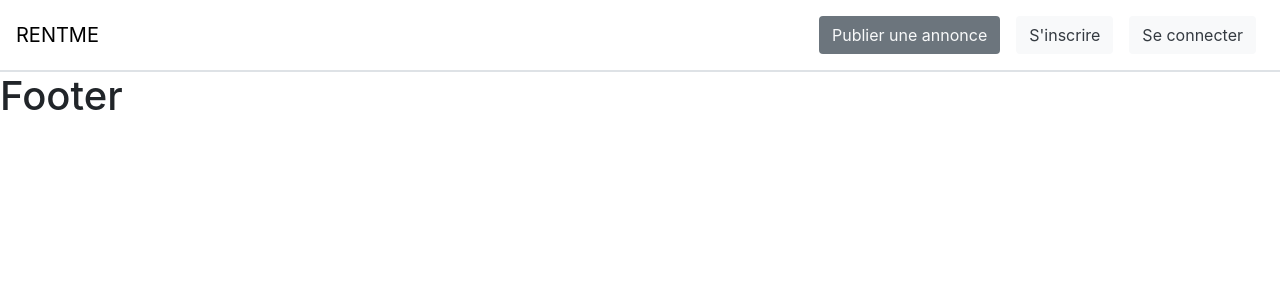
Repository: johan1412/rentme-front
Page: /
These files come from the project's save history. The page is drawn as it stood at one moment and after the next save; the edit follows.
The browser window is 1280 px wide. The pictures show the whole page.
The page's requests for data from a server got no answer. The project was rebuilt for these pictures with package versions that can differ from the ones it lists, and the page was loaded fresh each time. No one was signed in, and anything a server would have sent is missing. Also part of the build but not shown: vue.config.js.

Above is the page before, as saved 2022-01-05 03:09:43.

### src/main.js
import Vue from "vue";
import App from "./App.vue";
import VueRouter from 'vue-router'
import LoginPage from './components/pages/common/auth/LoginPage.vue'
import RegisterPage from './components/pages/common/auth/RegisterPage.vue'
import BaseLayout from './components/layout/BaseLayout'
import { BootstrapVue, IconsPlugin } from 'bootstrap-vue'

// Import Bootstrap an BootstrapVue CSS files (order is important)
import 'bootstrap/dist/css/bootstrap.css'
import 'bootstrap-vue/dist/bootstrap-vue.css'

// Make BootstrapVue available throughout your project
Vue.use(BootstrapVue)
// Optionally install the BootstrapVue icon components plugin
Vue.use(IconsPlugin)

Vue.config.productionTip = false;

Vue.use(VueRouter)


const routes = [
  { path: '/', component: BaseLayout },
  { path: '/login', component: LoginPage },
  { path: '/register', component: RegisterPage },
]

const router = new VueRouter({
  routes,
  history: true,
  mode: 'history'
})


new Vue({
  render: (h) => h(App),
  router
}).$mount("#app");

### src/App.vue
<template>
    <router-view />
</template>
<script>


export default {
  name: "App"
};
</script>

### src/components/layout/BaseLayout.vue
<template>
  <div>
    <NavBar/>
    <slot></slot>
    <Footer />
  </div>
</template>
<script>
import NavBar from "../layout/NavBar.vue";
import Footer from "../layout/Footer.vue";
import AuthService from "../../services/AuthService";
export default {
  name: "BaseLayout",
  components: {
    NavBar,
    Footer
  },
  created() {
    AuthService.getUser(localStorage.getItem('userId'))
        .then((response) => {
          this.$store.dispatch('user',response.data)
          console.log(response.data);
        })
        .catch((e) => {
          console.log(e);
        });
  },
};
</script>

### src/components/layout/NavBar.vue
<template>
<div class="border-bottom">
  <b-navbar toggleable="lg" type="light" variant="white">
    <b-navbar-brand class="fw-bold"><router-link class="home-link" to="/">RENTME</router-link></b-navbar-brand>
    <b-collapse id="nav-collapse" is-nav>
      <b-navbar-nav v-if="!user" class="ml-auto">
        <b-nav-item><router-link class="btn bg-secondary text-light" to="login">Publier une annonce</router-link></b-nav-item>
        <b-nav-item><router-link class="btn bg-light text-dark" to="register">S'inscrire</router-link></b-nav-item>
        <b-nav-item><router-link class="btn bg-light text-dark" to="login">Se connecter</router-link></b-nav-item>
      </b-navbar-nav>
      <b-navbar-nav v-else class="ml-auto">
        <b-nav-item><router-link class="btn bg-secondary text-light" to="login">Publier une annonce</router-link></b-nav-item>
        <b-nav-item><router-link class="btn bg-secondary text-light" to="login">Mon compte</router-link></b-nav-item>
        <b-nav-item v-on:click="logout"><router-link class="btn bg-light text-dark" to="/">se déconnecter</router-link></b-nav-item>
      </b-navbar-nav>
    </b-collapse>
  </b-navbar>
</div>
</template>
<script>
import {mapGetters} from 'vuex'
export default {
  name: "NavBar",
};
</script>
<style scoped>
.home-link:hover{
  text-decoration: none;
}
.home-link{
  color :black;
}
</style>

### src/components/layout/Footer.vue
<template>
  <footer class="border-top">
    <h1>Footer</h1>
  </footer>
</template>
<script>
export default {
  name: "Footer",
};
</script>

### src/services/AuthService.js
import axios from "axios";

axios.defaults.baseURL =  "https://localhost:8443/"
const headers = {
  "Content-type": "application/json"
 }

const login = async data => {
  return await axios.post("authentication_token", data , {headers});
};

const register = async data => {
  return await axios.post("users", data , {headers});
};

const getUser = async (id) => {
  return await axios.get(`users/${id}`, headers);
};
export default {
  register,
  login,
  getUser
};

### src/components/pages/common/auth/LoginPage.vue
<template>
  <div>
    <h1 class="text-center">Login</h1>
    <LoginForm />
  </div>
</template>
<script>
import LoginForm from "../../../form/LoginForm.vue";

export default {
  components: { LoginForm },
  name: "LoginPage",
};
</script>

### src/components/pages/common/auth/RegisterPage.vue
<template>
  <div>
    <h1 class="text-center">Register</h1>
    <RegisterForm />
  </div>
</template>

<script>
import RegisterForm from '../../../form/RegisterForm.vue';
export default {
  components: { RegisterForm },
  name: "RegisterPage",
};
</script>

### src/components/form/LoginForm.vue
<template>
    <div class="container m-auto">
      <form @submit.prevent="handleSubmit">
        <div class="form-group">
          <label for="exampleInputEmail1">Email address</label>
          <input
            type="email"
            v-model="email"
            class="form-control"
            id="exampleInputEmail1"
            aria-describedby="emailHelp"
            placeholder="Enter email"
          />
          <small id="emailHelp" class="form-text text-muted"
            >We'll never share your email with anyone else.</small
          >
        </div>
        <div class="form-group">
          <label for="exampleInputPassword1">Password</label>
          <input
            type="password"
            v-model="password"
            class="form-control"
            id="exampleInputPassword1"
            placeholder="Password"
          />
        </div>
        <button type="submit" class="btn btn-primary">Submit</button>
      </form>
    </div>
</template>

<script>
import AuthService from "../../services/AuthService";
export default {
  name: "LoginForm",
  data: () => ({
    email: "",
    password: "",
  }),
  mounted: () => {
    if(localStorage.getItem("token") !== null){
      this.$router.push('/')
    }
  },
  methods: {
    handleSubmit: function () {
      AuthService.login({ email: this.email, password: this.password })
        .then((response) => {
          localStorage.setItem("token",response.data.token)
          localStorage.setItem("userId",response.data.data.id)
          this.$store.dispatch('user',response.data.data)
          this.$router.push(this.$route.query.redirect || '/')
          console.log(response.data);
        })
        .catch((e) => {
          console.log(e);
        });
    },
  },
};
</script>

### src/components/form/RegisterForm.vue
<template>
  <div class="container m-auto">
      <form @submit.prevent="handleSubmit">
        <div class="form-group">
          <label for="firstName">Nom</label>
          <input
            type="text"
            v-model="firstName"
            class="form-control"
            id="firstName"
            aria-describedby="emailHelp"
            placeholder="Saisez votre nom"
          />
        </div>
        <div class="form-group">
          <label for="lastName">Prenom</label>
          <input
            type="text"
            v-model="lastName"
            class="form-control"
            id="lastName"
            placeholder="Saisez votre prénom"
          />
        </div>
        <div class="form-group">
          <label for="lastName">Addresse</label>
          <input
            type="text"
            v-model="address"
            class="form-control"
            id="address"
            placeholder="Saisez votre addresse"
          />
        </div>
        <div class="form-group">
          <label for="exampleInputEmail1">Email address</label>
          <input
            type="email"
            v-model="email"
            class="form-control"
            id="exampleInputEmail1"
            placeholder="Enter email"
          />
        </div>
        <div class="form-group">
          <label for="exampleInputPassword1">Password</label>
          <input
            type="password"
            v-model="password"
            class="form-control"
            id="exampleInputPassword1"
            placeholder="Password"
          />
        </div>
        <button type="submit" class="btn btn-primary">Submit</button>
      </form>
    </div>
</template>

<script>
import AuthService from "../../services/AuthService";
export default {
  name: "Register",
  data: () => ({
    firstName: "",
    lastName: "",
    address: "",
    email: "",
    password: "",
  }),
   methods: {
    handleSubmit: function () {
      AuthService.register({ firstName:this.firstName,lastName:this.lastName,address:this.address,email: this.email, password: this.password })
        .then((response) => {
          this.$router.push('/login')
          console.log(response.data);
        })
        .catch((e) => {
          console.log(e);
        });
    },
  },
};
</script>

Loaded but not shown: public/index.html (common file)

After the next save:
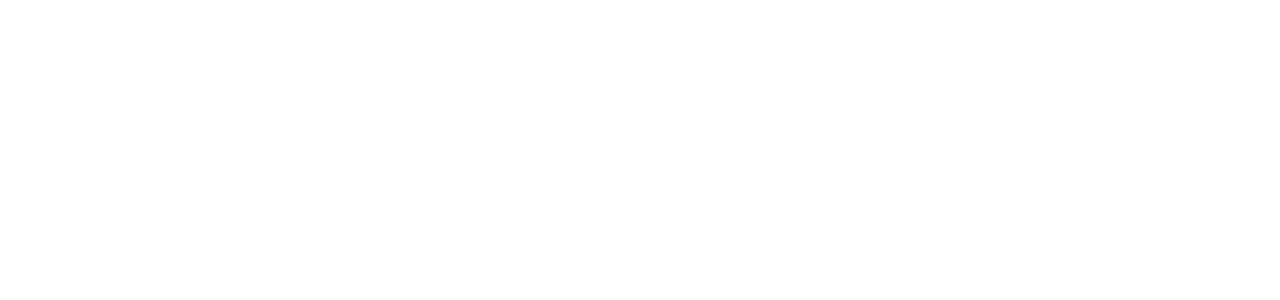
Console error: ReferenceError: logout is not defined
Saved 19 s later.
--- a/src/components/layout/NavBar.vue
+++ b/src/components/layout/NavBar.vue
@@ -21,6 +21,9 @@
 import {mapGetters} from 'vuex'
 export default {
   name: "NavBar",
+  methods:{
+    logout
+  }
 };
 </script>
 <style scoped>

After the save that followed:
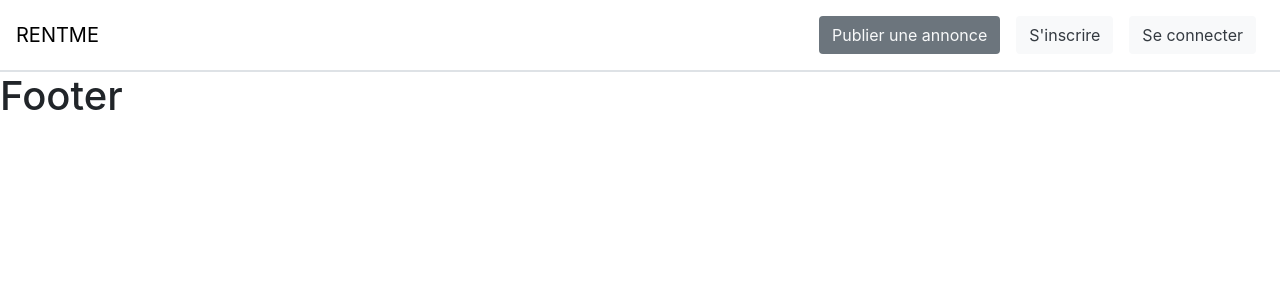
The error is gone.
Saved 4 s later.
--- a/src/components/layout/NavBar.vue
+++ b/src/components/layout/NavBar.vue
@@ -22,7 +22,9 @@
 export default {
   name: "NavBar",
   methods:{
-    logout
+    logout:{
+
+    }
   }
 };
 </script>
